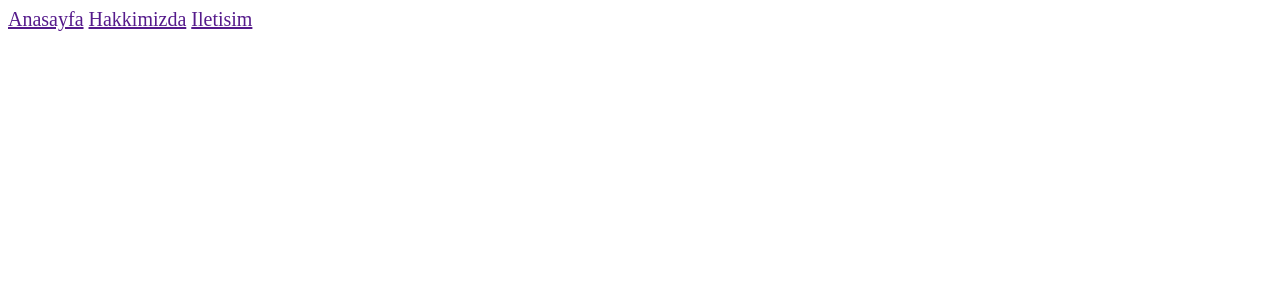
Repository: Kubraaygun/Html_Css_Login
Page: index.html
An editor plug-in stored every save of this project. The page is shown before and after the next save, followed by the edit.
The browser window is 1280 px wide. The pictures show the whole page.

Above is the page before, as saved 2025-03-05 17:28:09.

### index.html
<!DOCTYPE html>
<html lang="en">
  <head>
    <meta charset="UTF-8" />
    <meta name="viewport" content="width=device-width, initial-scale=1.0" />
    <title>HTML</title>
    <link rel="stylesheet" href="style.css" />
  </head>

  <body>
    <header>
      <div>
        <a href="">Anasayfa</a>
        <a href="">Hakkimizda</a>
        <a href="">Iletisim</a>
      </div>
    </header>
  </body>
</html>

### style.css
body {
  font-size: 20px;
}
.h1:hover {
  background-color: purple;
}
#h1:hover {
  color: purple;
}
.link:hover {
  text-decoration: none;
}

ol {
  background-color: pink;
  margin: 30px 0 20px 10px;
  border: 15px double red;
}

ul {
  background-color: blue;
  margin: 20px;
  border-radius: 20px 0 50px 10px;
}
li {
  padding: 20px;
  margin: 10px;
}

After the next save:
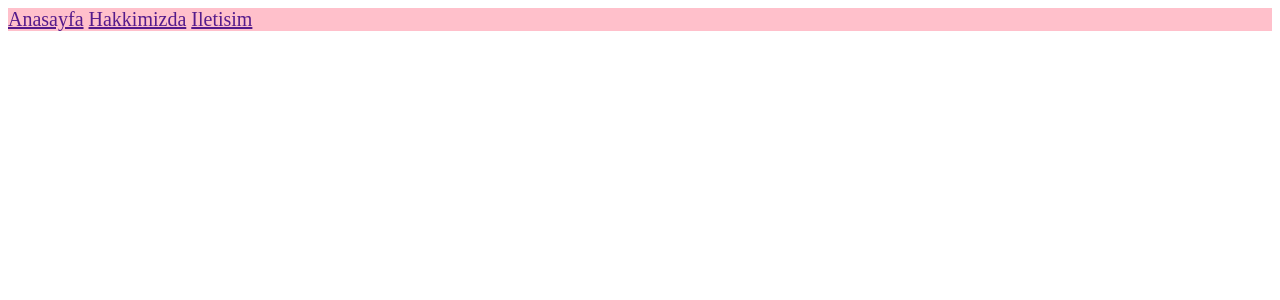
Saved 13 s later.
--- a/index.html
+++ b/index.html
@@ -8,7 +8,7 @@
   </head>
 
   <body>
-    <header>
+    <header style="background-color: pink">
       <div>
         <a href="">Anasayfa</a>
         <a href="">Hakkimizda</a>
